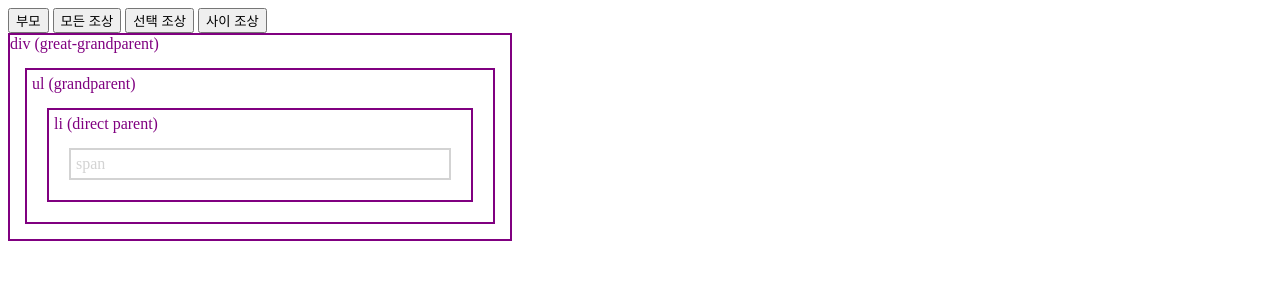
Repository: jeje0130/html
Page: jqpro/WebContent/0128/찾기메서드부모.html
These files come from the project's save history. The page is drawn as it stood at one moment and after the next save; the edit follows.
The browser window is 1280 px wide. The pictures show the whole page.
After loading, the first visible `#ps_until` was clicked once.

Above is the page before, as saved 2021-01-28 03:32:52.

After the next save:
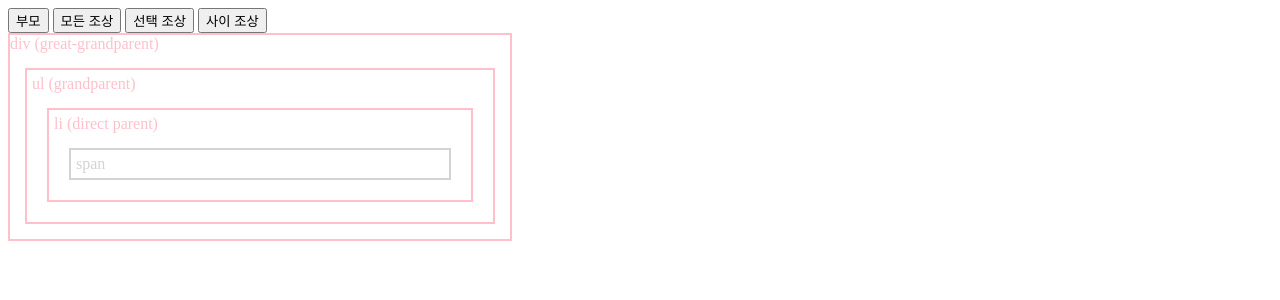
Saved 21 s later.
--- a/jqpro/WebContent/0128/찾기메서드부모.html
+++ b/jqpro/WebContent/0128/찾기메서드부모.html
@@ -29,7 +29,7 @@ $(document).ready(function(){
 	})
 
 	$('#ps_until').on('click', function () {
-		$("span").parentsUntil('#result1').css({"color": "purple", "border": "2px solid purple"});
+		$("span").parentsUntil('#result1').css({"color": "pink", "border": "2px solid pink"});
 	})
 
 
